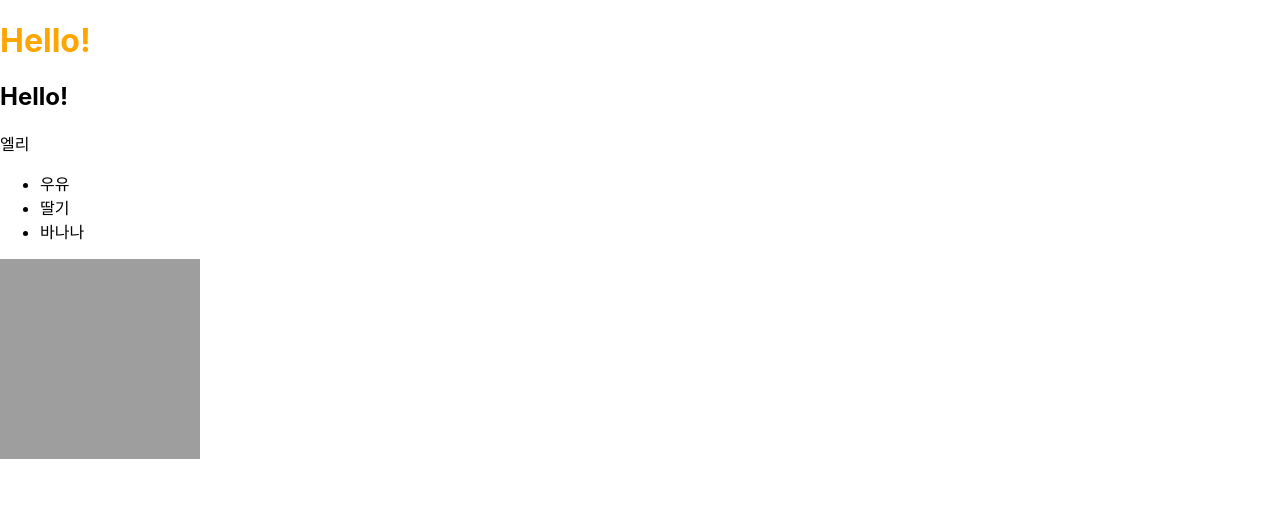
Repository: Yugayoung/css-example
Page: / (app in react/basic/)
An editor plug-in stored every save of this project. The page is shown before and after the next save, followed by the edit.
The browser window is 1280 px wide. The pictures show the whole page.
Pictures or frames that could not be fetched are drawn as grey boxes. The project was rebuilt for these pictures with package versions that can differ from the ones it lists, and the page was loaded fresh each time.

Above is the page before, as saved 2023-12-15 16:08:12.

### react/basic/src/App.js
import './App.css';

function App() {
  const name = '엘리';
  return (
    <>
      <h1 className='orange'>Hello!</h1>
      <h2>Hello!</h2>
      <p>{name}</p>
      <ul>
        <li>우유</li>
        <li>딸기</li>
        <li>바나나</li>
      </ul>
      <img
        style={{ width: '200px', height: '200px' }}
        src='https://search.pstatic.net/common/?src=http%3A%2F%2Fblogfiles.naver.net%2FMjAyMzEwMTFfMzkg%2FMDAxNjk2OTg5MDQxOTM0.bm48w1EbJZJxouxDTLgUbZoIvKCiryVpZx7M-ZRViWYg.t5SgwAPVbcjEcNd28Pa1p-JocilCrYOLPF4DUBhXoa8g.PNG.lxeris7%2F20231006%25A3%25DF150334%25A3%25DF0001.png&type=ff332_332'
        alt=''
      />
    </>
  );
}

export default App;

### react/basic/src/App.css
.orange {
  color: orange;
}

Loaded but not shown: react/basic/public/index.html (common file); react/basic/src/index.js (common file); react/basic/src/index.css (common file); react/basic/src/reportWebVitals.js (common file)

After the next save:
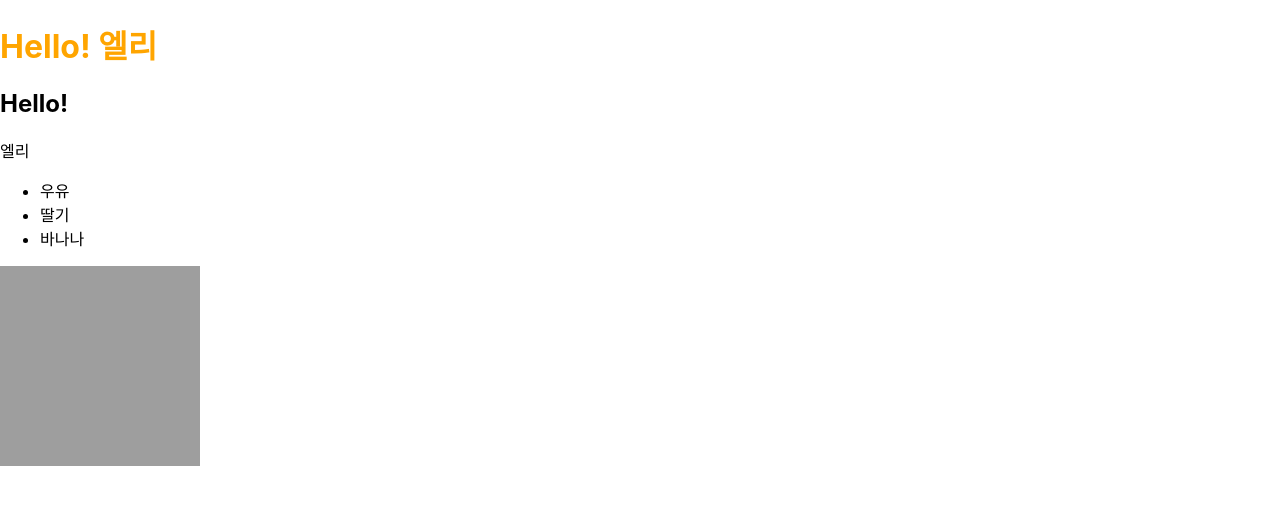
Saved 9 min 10 s later.
--- a/react/basic/src/App.js
+++ b/react/basic/src/App.js
@@ -4,7 +4,7 @@ function App() {
   const name = '엘리';
   return (
     <>
-      <h1 className='orange'>Hello!</h1>
+      <h1 className='orange'>{`Hello! ${name}`}</h1>
       <h2>Hello!</h2>
       <p>{name}</p>
       <ul>
